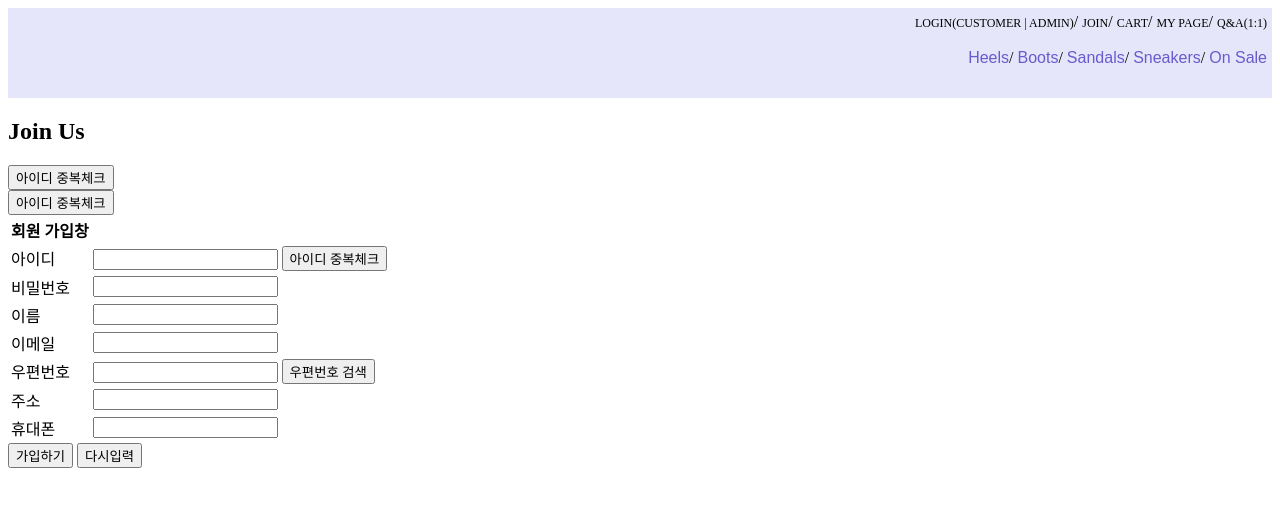
Repository: taeeun2/java_web
Page: http://localhost/webapp/Shopingmall/member/join.jsp
An editor plug-in stored every save of this project. The page is shown before and after the next save, followed by the edit.
The browser window is 1280 px wide. The pictures show the whole page.
Some web fonts or font styles are not loaded; a fallback is used. The page is served by Tomcat 9.

Above is the page before, as saved 2021-09-29 09:38:42.

After the next save:
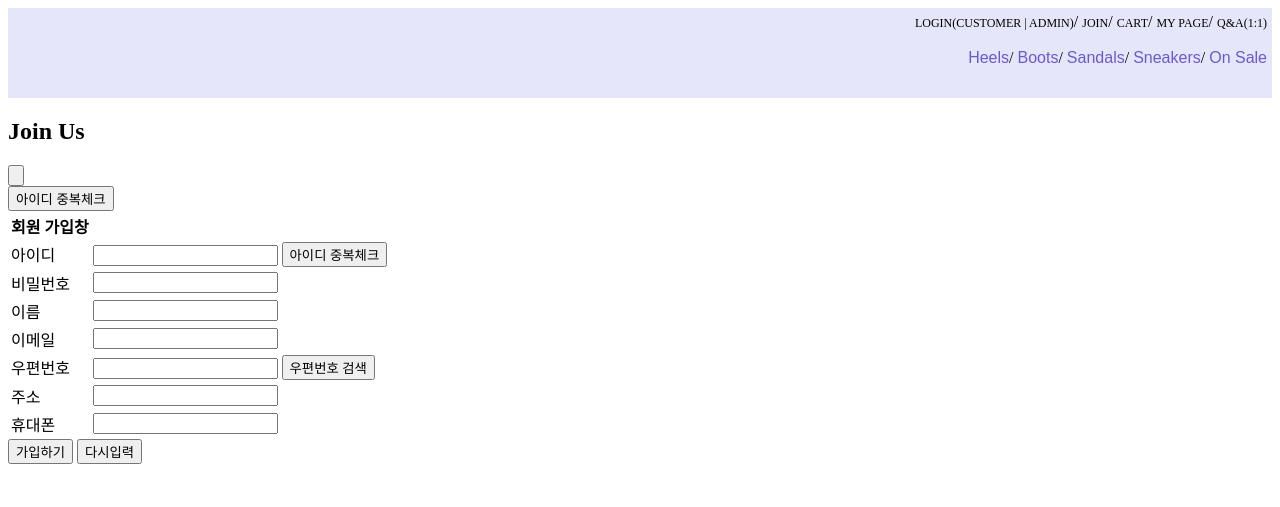
Saved 2 min 47 s later.
--- a/webapp/WebContent/Shopingmall/member/join.jsp
+++ b/webapp/WebContent/Shopingmall/member/join.jsp
@@ -7,6 +7,7 @@
 <title>Insert title here</title>
 
 
+	<script type="text/javascript" src="member.js"></script>
 
 
 <!-- <script type = "text/javascript" src = "member.js"></script> -->
@@ -23,8 +24,7 @@ function alert2(){
 <%@ include file =  "../include/Header.jsp"%>
 	<article>
 	<h2>Join Us</h2>
-	<script type="text/javascript" src="member.js"></script>
-	<input type = "button" value = "아이디 중복체크" onclick = "alert()"></td>
+	<input type = "button" onclick = "alert()">
 	<form id = "join" action = "NonageServlet?command=join" method="post"name="formm">
 
 		<input type = "button" value = "아이디 중복체크" onclick = "alert()"></td>
